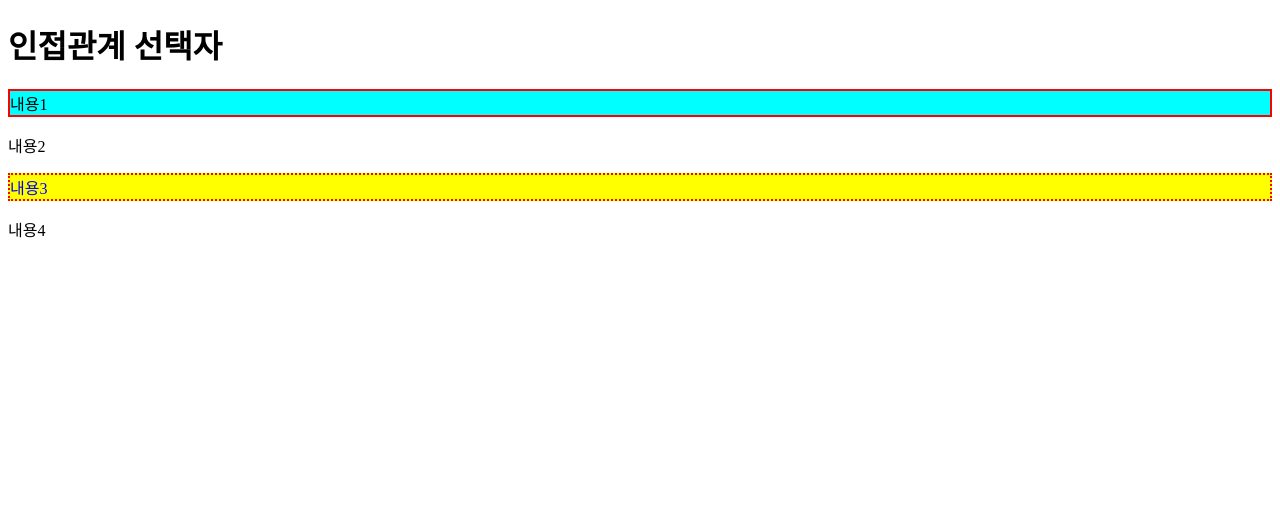
Repository: sanghui4542-ship-it/workspace_jquery
Page: jQuery/src/main/webapp/01문서객체선택자와조작법/jq_selec1_10.html
These files come from the project's save history. The page is drawn as it stood at one moment and after the next save; the edit follows.
The browser window is 1280 px wide. The pictures show the whole page.

Above is the page before, as saved 2026-07-06 03:41:27.

After the next save:
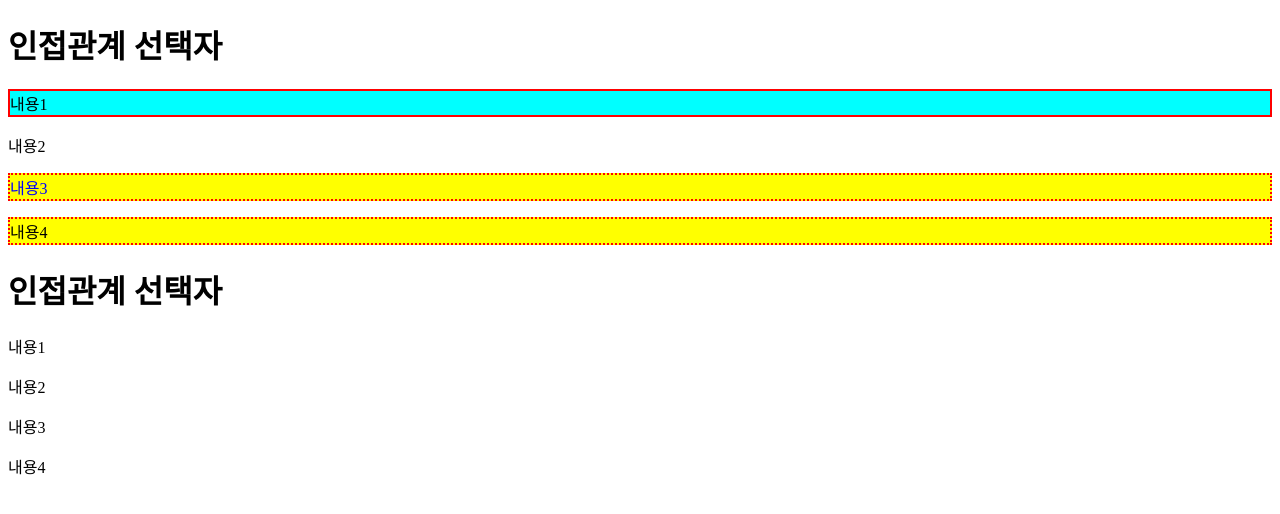
Saved 4 min 9 s later.
--- a/jQuery/src/main/webapp/01문서객체선택자와조작법/jq_selec1_10.html
+++ b/jQuery/src/main/webapp/01문서객체선택자와조작법/jq_selec1_10.html
@@ -3,10 +3,28 @@
 	<head>
 		<meta charset="UTF-8">
 		<title>Insert title here</title>
-	<script src="https://code.jquery.com/jquery-latest.min.js"></script>
+
+  <!-- 주제 :  형(이전)요소 선택자 prev()와     동생(다음)요소 선택자 next()   +   이용한 예
+
+
+ 	형(이전)요소 선택자
+ 	- 선택한 요소를 기준으로 바로 이전형제 요소만 선택하는 선택자  prev()
+ 	- 문법
+ 			$("기준요소선택").prev()
+
+ 	동생(다음)요소 선택자
+ 	- 선택한 요소를 기준으로 바로 다음 형제 요소만 선택하는 선택자  next()  ,  +
+ 	- 문법
+ 			$("기준요소선택").next()
+ 						또는
+ 			$("기준요소선택 + 바로다음에 적힌 선택해올 형제요소선택")
+
+   -->
+		<!-- jQuery 문법 사용을 위한 CDN 주소 -->
+		<script src="https://code.jquery.com/jquery-latest.min.js"></script>
 	</head>
-<body>
-	<div id="wrap">
+	<body>
+		<div id="wrap">
 			<h1>인접관계 선택자</h1>
 			<p>내용1</p>
 			<p class="txt">내용2</p>
@@ -16,36 +34,56 @@
 		<script type="text/javascript">
 			/*
 				객체 2개 생성
-				이유 : 각 객체 내부에 css스타일의 속성명:값을 설정해 놓고 사용하기 위해
+				이유 : 각 객체 내부에 css스타일의 속성명:값 을 설정 해 놓고 사용하기 위해
 			*/
-			let style_1 = {"background-color":"aqua", "border":"2px solid red"};
-			let style_2 = {"background-color":"yellow", "border":"2px dotted red"};
+			let style_1 = {"background-color":"aqua",   "border":"2px solid red"};
+			let style_2 = {"background-color":"yellow",  "border":"2px dotted red"};
 			/*
-				형(이전)요소 선택자
-					- 선택한 요소를 기준으로 바로 이전형제 요소만 선택하는 선택자 prev()
-					- 문법
-							$("기준요소선택").prev()
+			  	형(이전)요소 선택자
+				 	- 선택한 요소를 기준으로 바로 이전형제 요소만 선택하는 선택자  prev()
+				 	- 문법
+				 			$("기준요소선택").prev()
 
-				순서1. $(".txt") -> <p class="txt">내용2</p> 기준요소선택 해오고
-				순서2. $(".txt").prev -> 선택한 기준요소를 기준으로 바로 이전에 작성된 이전 <p>내용1</p> 요소 최종 선택
+			순서1. $(".txt")        ->  <p class="txt">내용2</p> 기준요소선택 해 오고
+			순서2.$(".txt").prev()  ->  선택한 기준요소를 기준으로 바로 이전에 작성된 이전 <p>내용1</p>요소 최종선택
 			*/
 			$(".txt").prev().css(style_1);
 			/*
-			동생(다음)요소 선택자
-			- 선택한 요소를 기준으로 바로 다음 형제 요소만 선택하는 선택자 next() , +
-			- 문법
-					$("기준요소선택").next()
-								또는
-				    $("기준요소선택 + 바로 다음에 적힌 선택해올 형제요소선택")
+		 	동생(다음)요소 선택자
+		 	- 선택한 요소를 기준으로 바로 다음 형제 요소만 선택하는 선택자  next()  ,  +
+		 	- 문법
+		 			$("기준요소선택").next()
+		 						또는
+		 			$("기준요소선택 + 바로다음에 적힌 선택해올 형제요소선택")
+
+			순서1. $(".txt")        ->  <p class="txt">내용2</p> 기준요소선택 해 오고
+			순서2. $(".txt").next()  ->  선택한 기준요소를 기준으로 바로 다음에 작성된  <p>내용3</p>요소 최종선택
 			*/
 			$(".txt").next().css(style_2);
 
-			$(".txt + p").css("color","blue");
+			/*
+			순서1. $(".txt")     ->  <p class="txt">내용2</p> 기준요소선택 해 오고
+			순서2. $(".txt +")   ->   +  다음요소선택자 기호로 선택한 기준요소 <p>를 기준으로 그다음에 작성된 다음요소를 선택하는데....
+			순서3. $(".txt + p") ->   다음요소들 중에서도 바로 다음에 작성된 <p>내용3</p> 요소 한쌍만 최종 선택
+			*/
+		    $(".txt + p").css("color","blue");
 
+			/*
+			순서1. $(".txt")        ->  <p class="txt">내용2</p> 기준요소선택 해 오고
+			순서2. $(".txt").next()  ->  선택한 기준요소를 기준으로 바로 다음에 작성된 다음 <p>내용3</p>요소를 선택해 오고
+			순서3. $(".txt").next().next() -> <p>내용3</p> 을 기준으로 해서 다음에 작성된 다음 <p>내용4</p>요소를 최종 선택
+			*/
+			$(".txt").next().next().css(style_2);
 
 		</script>
 
+		<div id="wrap">
+			<h1>인접관계 선택자</h1>
+			<p>내용1</p>
+			<p class="txt">내용2</p>
+			<p>내용3</p>
+			<p>내용4</p>
+		</div>
 
-
-</body>
+	</body>
 </html>
